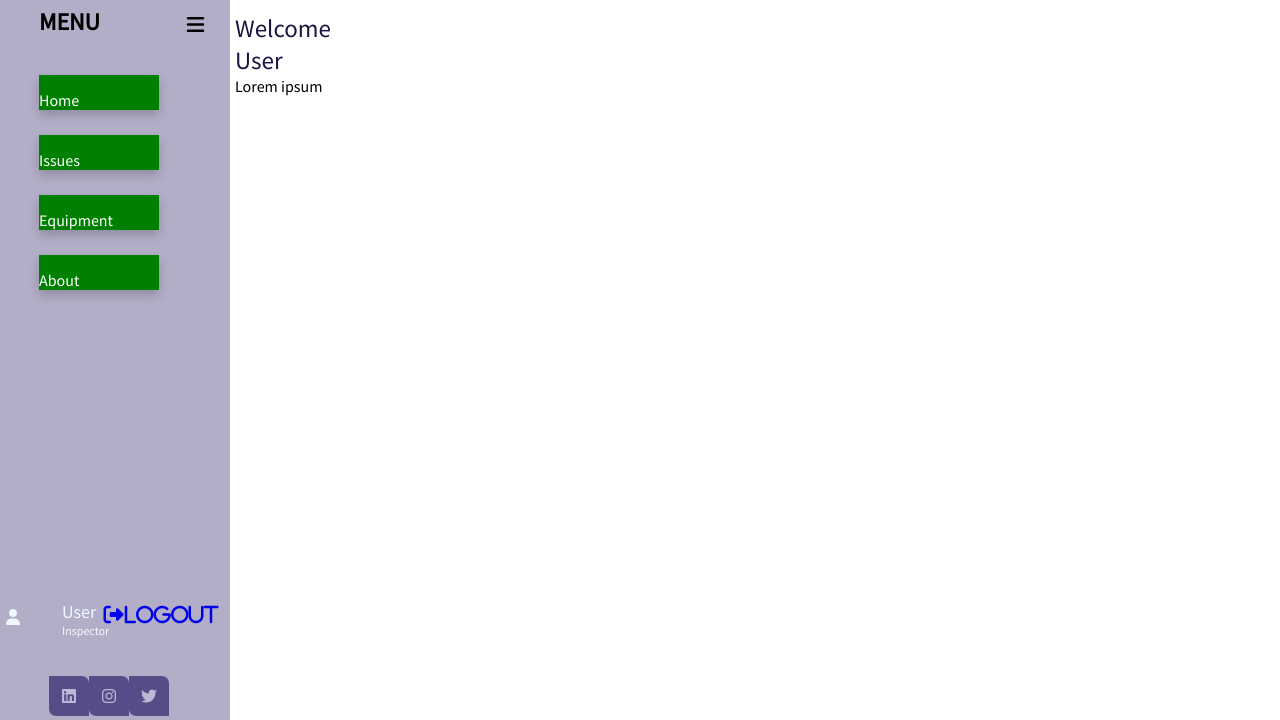
Repository: Lungdjos/ZescoIssueTS
Page: zits/src/main/resources/templates/about_us.html
The author's editor kept a copy of each file at every save. The page is drawn from the files as they stood at one save, then again after a run of saves.
The browser window is 1280 px wide. The pictures show the whole page.
Some web libraries are served in a nearby version.

Above is the page before, as saved 2021-07-10 04:45:01.

After the next 2 saves:
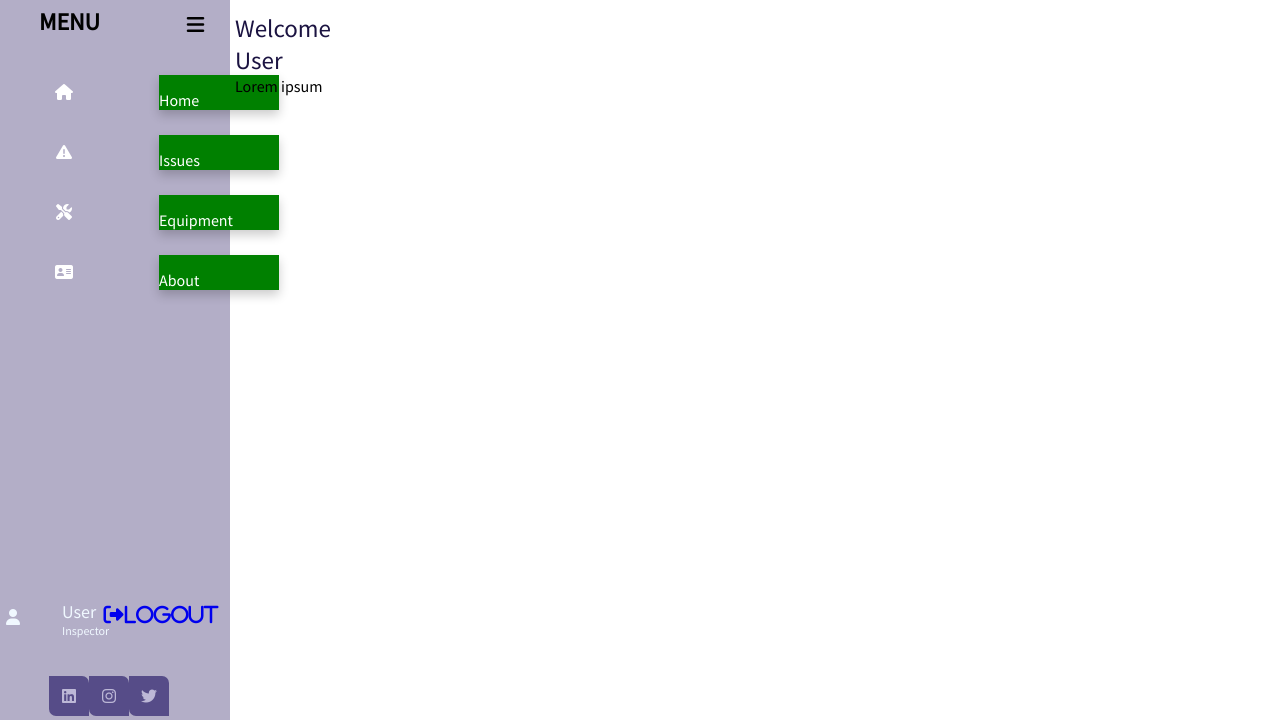
The 2 saves are shown as one change because they came seconds apart.
The last was saved 23 s later.
--- a/zits/src/main/resources/templates/css/styles.css
+++ b/zits/src/main/resources/templates/css/styles.css
@@ -100,7 +100,7 @@
     position: absolute;
     height: 35px;
     width: 120px;
-    left: ;
+    left: 120px;
     background: green;
     box-shadow: 0 5px 10px rgba(0, 0, 0, 0.2);
 }

After the save that followed:
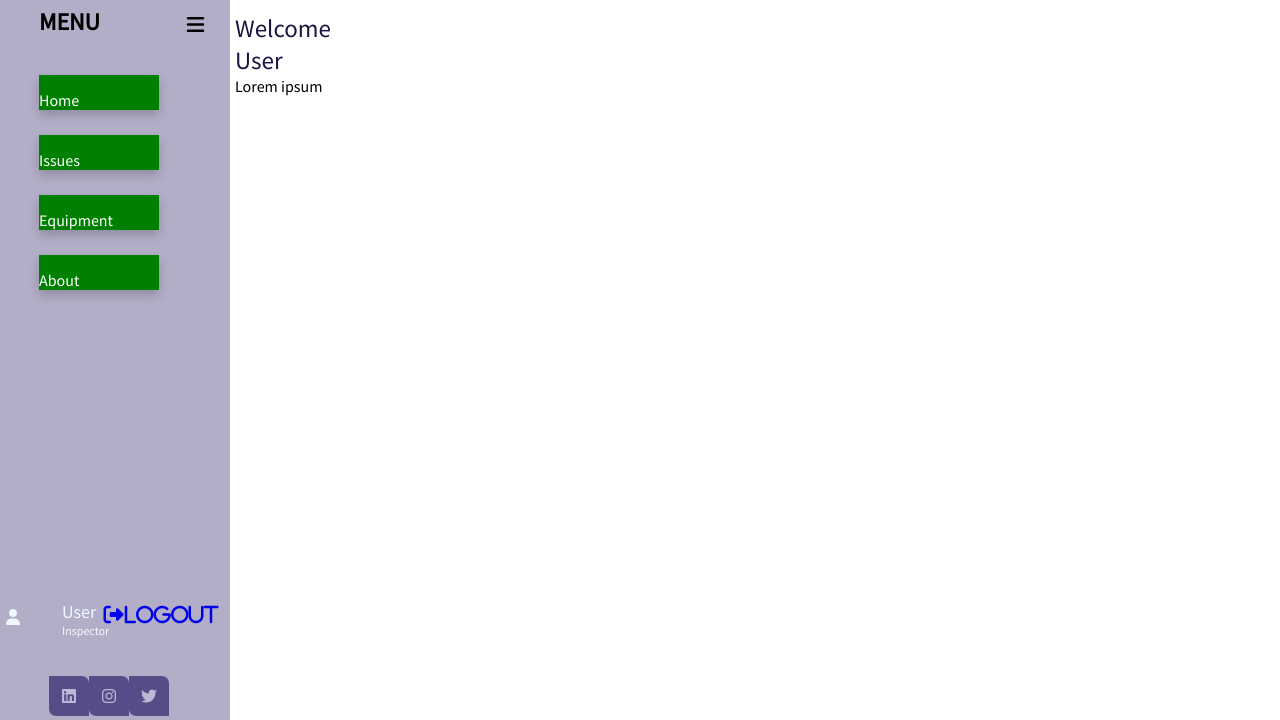
Saved 25 s later.
--- a/zits/src/main/resources/templates/css/styles.css
+++ b/zits/src/main/resources/templates/css/styles.css
@@ -100,7 +100,7 @@
     position: absolute;
     height: 35px;
     width: 120px;
-    left: 120px;
+    top left: 120px;
     background: green;
     box-shadow: 0 5px 10px rgba(0, 0, 0, 0.2);
 }
